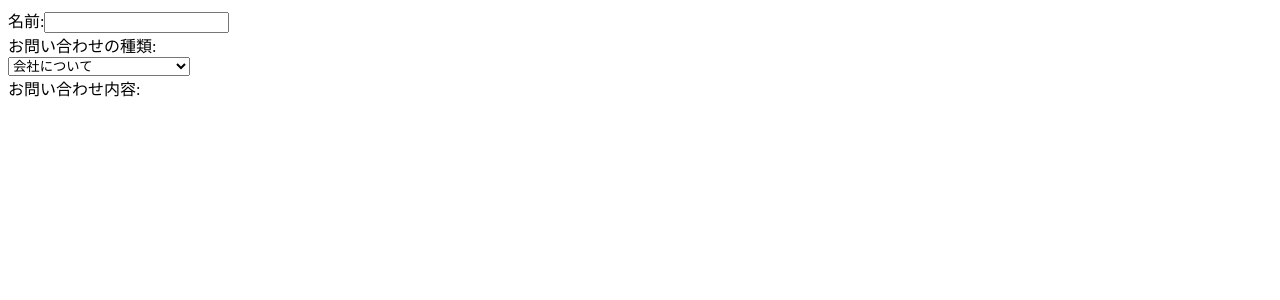
Repository: yusuke413/practice
Page: http://localhost/WebProj/inquiry.jsp
An editor plug-in stored every save of this project. The page is shown before and after the next save, followed by the edit.
The browser window is 1280 px wide. The pictures show the whole page.
The page is served by Tomcat 9. Other server files are loaded and not shown.

Above is the page before, as saved 2018-12-09 06:54:54.

### WebProj/WebContent/inquiry.jsp
<%@ page language="java" contentType="text/html; charset=UTF-8"
    pageEncoding="UTF-8"%>
<!DOCTYPE html>
<html>
<head>
<meta charset=UTF-8">
<title>問い合わせフォーム</title>
</head>
<body>

    <s:form method="post" action="InquiryCompleteAction">

        名前:<input type="text" name="name"/><br>

        お問い合わせの種類:<br>

        <select name="qtype">

            <option value="company">会社について</option>

            <option value="product">製品について</option>

            <option value="support">アフターサポートについて</option>

        </select>

        <br>

        お問い合わせ内容:

        <s:textarea name="body"/><br>

        <s:submit value="登録"/>

    </s:form>

</body>
</html>

After the next save:
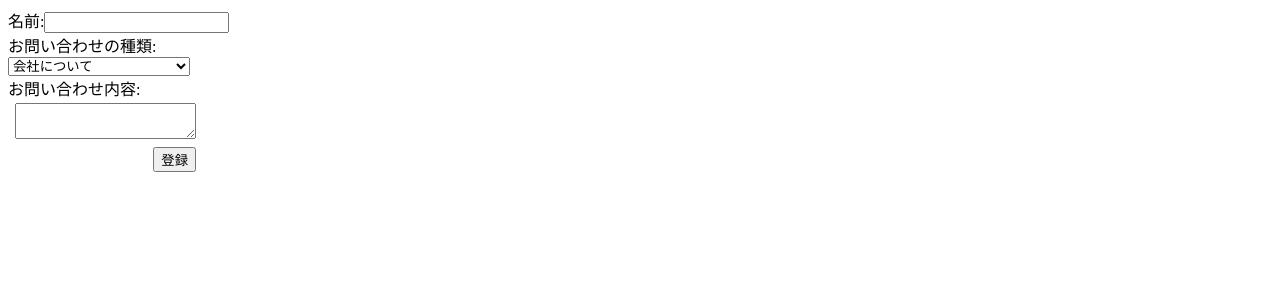
Saved 75 s later.
--- a/WebProj/WebContent/inquiry.jsp
+++ b/WebProj/WebContent/inquiry.jsp
@@ -1,5 +1,8 @@
 <%@ page language="java" contentType="text/html; charset=UTF-8"
     pageEncoding="UTF-8"%>
+
+<%@ taglib prefix="s" uri="/struts-tags" %>
+
 <!DOCTYPE html>
 <html>
 <head>
